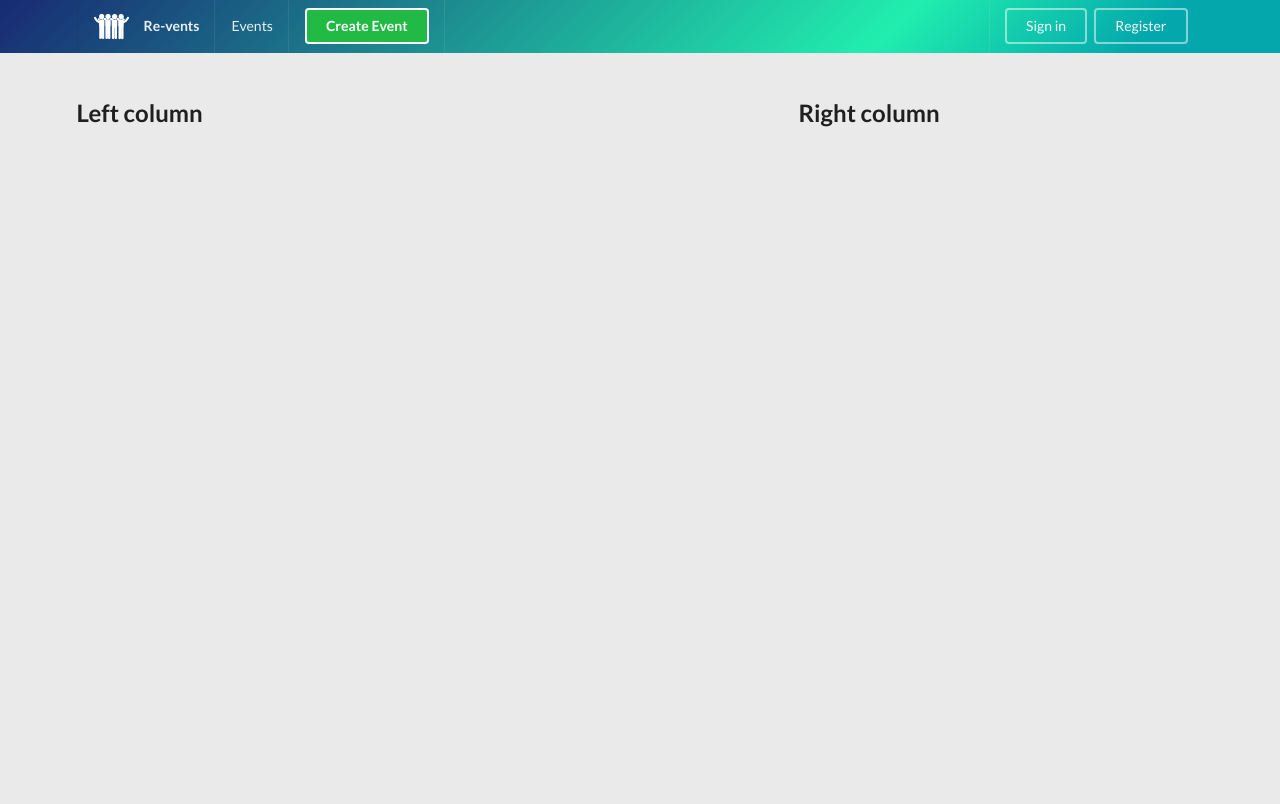
Repository: Preranabaruah/react-semantic-ui
Page: /
The author's editor kept a copy of each file at every save. The page is drawn from the files as they stood at one save, then again after the next save.
The browser window is 1280 px wide. The pictures show the whole page.
The project was rebuilt for these pictures with package versions that can differ from the ones it lists, and the page was loaded fresh each time. Also part of the build but not shown: vite.config.ts.

Above is the page before, as saved 2023-09-08 13:47:00.

After the next save:
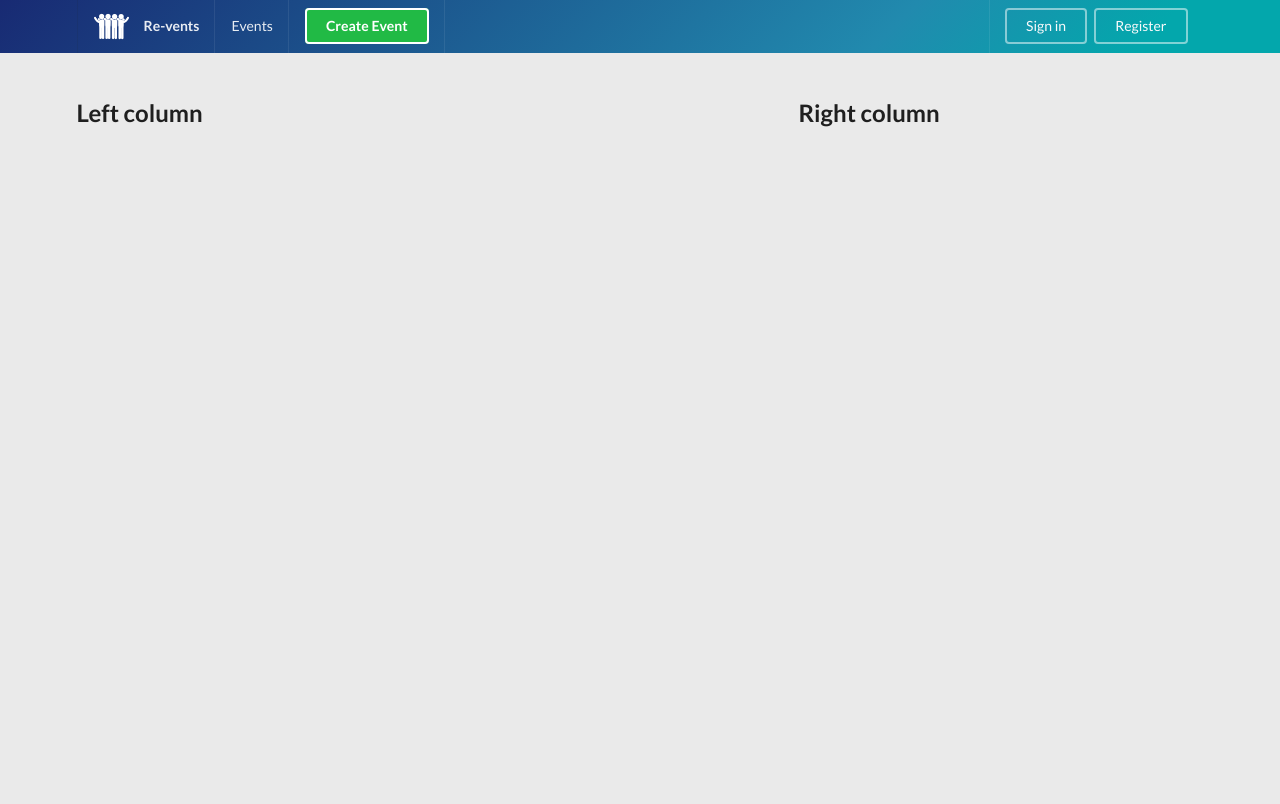
Saved 32 s later.
--- a/src/style.css
+++ b/src/style.css
@@ -2,7 +2,7 @@ body {
   background-color: #eaeaea;
 }
 .ui.fixed.menu {
-  background-image: linear-gradient(135deg, rgb(24, 42, 115) 0%, rgb(33, 238, 174) 69%, rgb(3, 167, 172) 89%);
+  background-image: linear-gradient(135deg, rgb(24, 42, 115) 0%, rgb(33, 138, 174) 69%, rgb(3, 167, 172) 89%);
 }
 .ui.main.container {
   margin-top: 7em;
